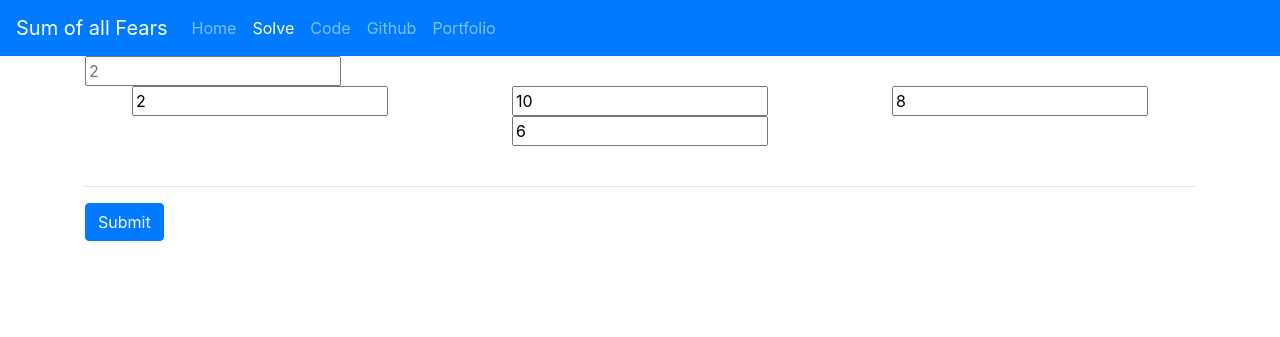
Repository: zhadjah9559/BrainBufferOverflow
Page: solve.html
The author's editor kept a copy of each file at every save. The page is drawn from the files as they stood at one save, then again after the next save.
The browser window is 1280 px wide. The pictures show the whole page.

Above is the page before, as saved 2021-01-13 15:08:20.

### solve.html
<!doctype html>
<html lang="en">
  <head>
    <title>Title</title>
    <!-- Required meta tags -->
    <meta charset="utf-8">
    <meta name="viewport" content="width=device-width, initial-scale=1, shrink-to-fit=no">

    <!-- Bootstrap CSS -->
    <link rel="stylesheet" href="https://stackpath.bootstrapcdn.com/bootstrap/4.3.1/css/bootstrap.min.css" integrity="sha384-ggOyR0iXCbMQv3Xipma34MD+dH/1fQ784/j6cY/iJTQUOhcWr7x9JvoRxT2MZw1T" crossorigin="anonymous">
  </head>
  <body>

    <nav class="navbar navbar-expand-sm navbar-dark bg-primary">
        <a class="navbar-brand" href="#">Sum of all Fears</a>
        <button class="navbar-toggler d-lg-none" type="button" data-toggle="collapse" data-target="#collapsibleNavId" aria-controls="collapsibleNavId"
            aria-expanded="false" aria-label="Toggle navigation"></button>
        <div class="collapse navbar-collapse" id="collapsibleNavId">
            <ul class="navbar-nav mr-auto mt-2 mt-lg-0">
                <li class="nav-item">
                    <a class="nav-link" href="index.html">Home <span class="sr-only">(current)</span></a>
                </li>
                <li class="nav-item active">
                    <a class="nav-link" href="solve.html">Solve</a>
                </li>
                 <li class="nav-item">
                    <a class="nav-link" href="code.html">Code</a>
                </li> <li class="nav-item">
                    <a class="nav-link" href="#">Github</a>
                </li>
                <li class="nav-item">
                    <a class="nav-link" href="#">Portfolio</a>
                </li>
            </ul>

        </div>
    </nav>

    <div class="container">
       <div class="row">
           <div class="col">
            <input type="number" id="kInput" name="kInput"  placeholder="2">

           </div>
       </div>

        <!--User Array Inputs-->
        <div class="row justify-content-center">
            <div class="col-md text-center">
                <input type="number" id="arrayInput1" name="arrayInput1" value="2" placeholder="2">
            </div>
            <div class="col-md text-center">
                <input type="number" id="arrayInput2" name="arrayInput2" value="10" placeholder="10">
            </div>
            <div class="col-md text-center">
                <input type="number" id="arrayInput3" name="arrayInput3" value="8" placeholder="8">
            </div>
            <div class="col-md text-center">
                <input type="number" id="arrayInput1" name="arrayInput1" value="6" placeholder="6">
            </div>
        </div>
        <br/>
        <hr/>


        <div class="row justify-content-center">
            <div class="col">
             <input  class="btn btn-primary" type="submit" id="submitBtn" name="submitBtn"/>
            </div>
        </div>


    </div>


    <!-- Optional JavaScript -->
    <!-- jQuery first, then Popper.js, then Bootstrap JS -->
    <script src="https://code.jquery.com/jquery-3.3.1.slim.min.js" integrity="sha384-q8i/X+965DzO0rT7abK41JStQIAqVgRVzpbzo5smXKp4YfRvH+8abtTE1Pi6jizo" crossorigin="anonymous"></script>
    <script src="https://cdnjs.cloudflare.com/ajax/libs/popper.js/1.14.7/umd/popper.min.js" integrity="sha384-UO2eT0CpHqdSJQ6hJty5KVphtPhzWj9WO1clHTMGa3JDZwrnQq4sF86dIHNDz0W1" crossorigin="anonymous"></script>
    <script src="https://stackpath.bootstrapcdn.com/bootstrap/4.3.1/js/bootstrap.min.js" integrity="sha384-JjSmVgyd0p3pXB1rRibZUAYoIIy6OrQ6VrjIEaFf/nJGzIxFDsf4x0xIM+B07jRM" crossorigin="anonymous"></script>
  </body>
</html>

After the next save:
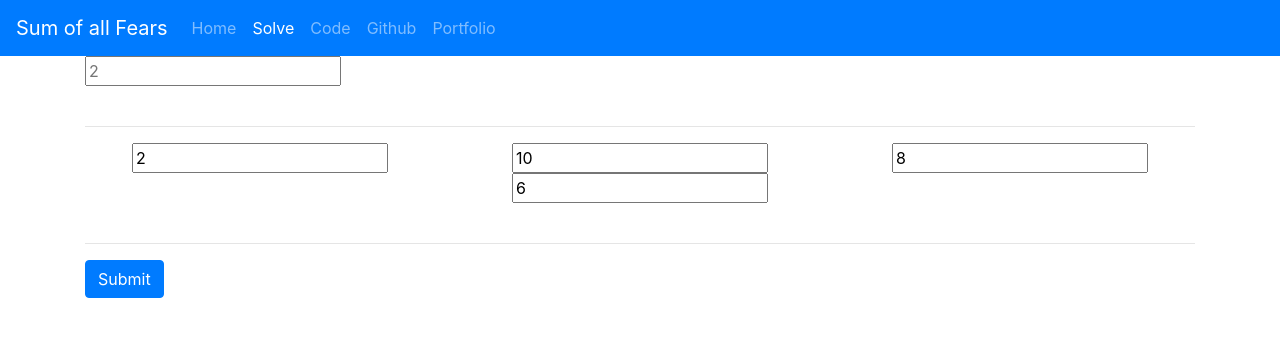
Saved 6 s later.
--- a/solve.html
+++ b/solve.html
@@ -43,6 +43,8 @@
 
            </div>
        </div>
+       <br/>
+       <hr/>
 
         <!--User Array Inputs-->
         <div class="row justify-content-center">
